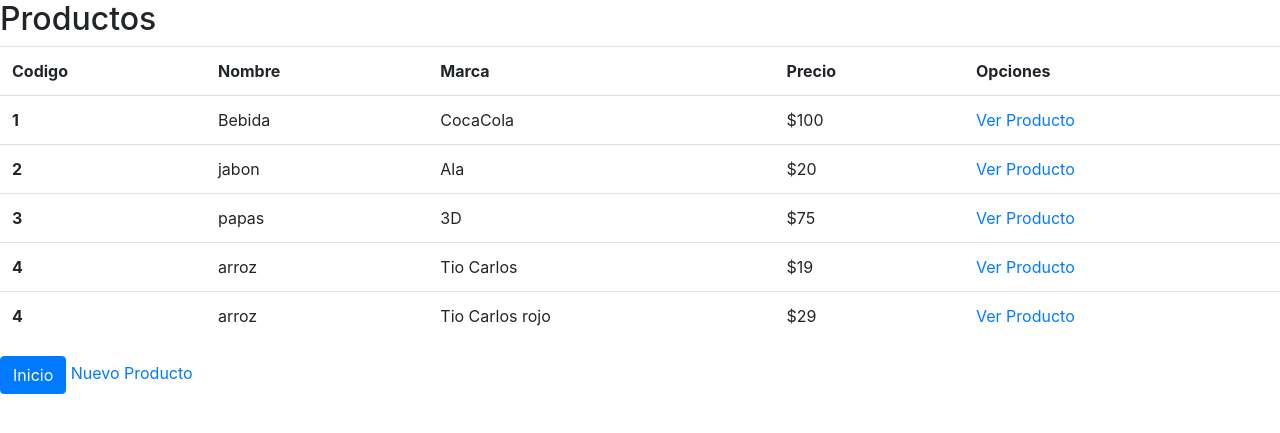
Repository: Alemartinez97/New-Repository
Page: programacion-3/tp4/producto.html
These files come from the project's save history. The page is drawn as it stood at one moment and after the next save; the edit follows.
The browser window is 1280 px wide. The pictures show the whole page.

Above is the page before, as saved 2020-06-11 14:59:20.

### programacion-3/tp4/producto.html
<!DOCTYPE html>
<html lang="en">
<head>
    <meta charset="UTF-8">
    <meta name="viewport" content="width=device-width, initial-scale=1.0">
    <title>Document</title>
    <link rel="stylesheet" href="https://stackpath.bootstrapcdn.com/bootstrap/4.5.0/css/bootstrap.min.css" integrity="sha384-9aIt2nRpC12Uk9gS9baDl411NQApFmC26EwAOH8WgZl5MYYxFfc+NcPb1dKGj7Sk" crossorigin="anonymous">
</head>
<body>
    <table class="table">
        <h2>Productos</h2>
        <tbody>
          <tr>
            <th>Codigo</th>
            <th>Nombre</th>
            <th>Marca</th>
            <th>Precio</th>
            <th>Opciones</th>
          </tr>
          <tr>
            <th>1</th>
            <td>Bebida</td>
            <td>CocaCola</td>
            <td>$100</td>
            <td><a href="verProducto.html">Ver Producto</a></td>
          </tr>
          <tr>
            <th>2</th>
            <td>jabon</td>
            <td>Ala</td>
            <td>$20</td>
            <td><a href="verProducto.html">Ver Producto</a></td>
          </tr>
          <tr>
            <th>3</th>
            <td>papas</td>
            <td>3D</td>
            <td>$75</td>
            <td><a href="verProducto.html">Ver Producto</a></td>
          </tr>
          <tr>
            <th>4</th>
            <td>arroz</td>
            <td>Tio Carlos</td>
            <td>$19</td>
            <td><a href="verProducto.html">Ver Producto</a></td>
          </tr>
          <tr>
            <th>4</th>
            <td>arroz</td>
            <td>Tio Carlos rojo</td>
            <td>$29</td>
            <td><a href="verProducto.html">Ver Producto</a></td>
          </tr>
        </tbody>
      </table>
      <a href="index.html" class="btn btn-primary">Inicio</a>
      <a href="formProducto.html">Nuevo Producto</a>
</body>
</html>

After the next save:
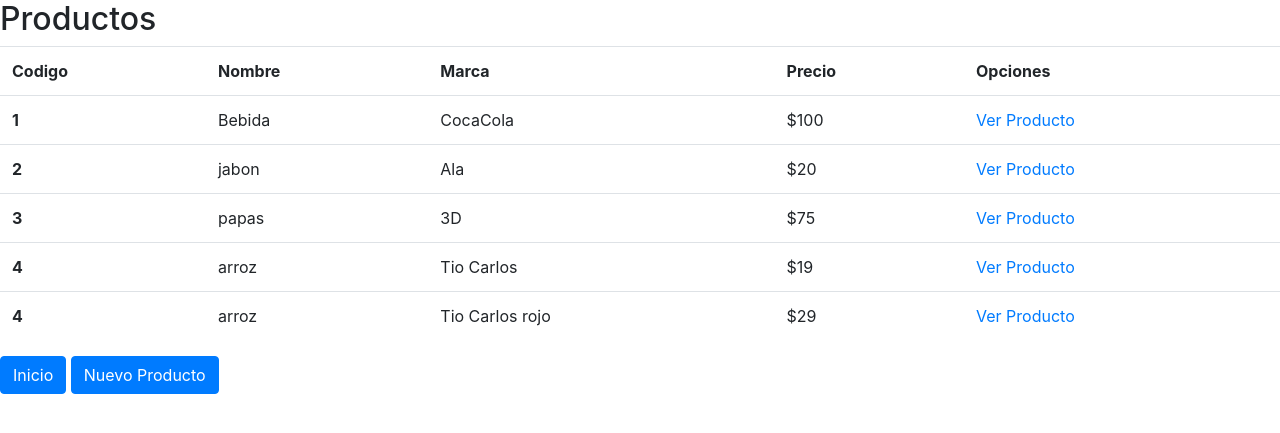
Saved 5 s later.
--- a/programacion-3/tp4/producto.html
+++ b/programacion-3/tp4/producto.html
@@ -55,6 +55,6 @@
         </tbody>
       </table>
       <a href="index.html" class="btn btn-primary">Inicio</a>
-      <a href="formProducto.html">Nuevo Producto</a>
+      <a href="formProducto.html" class="btn btn-primary">Nuevo Producto</a>
 </body>
 </html>
